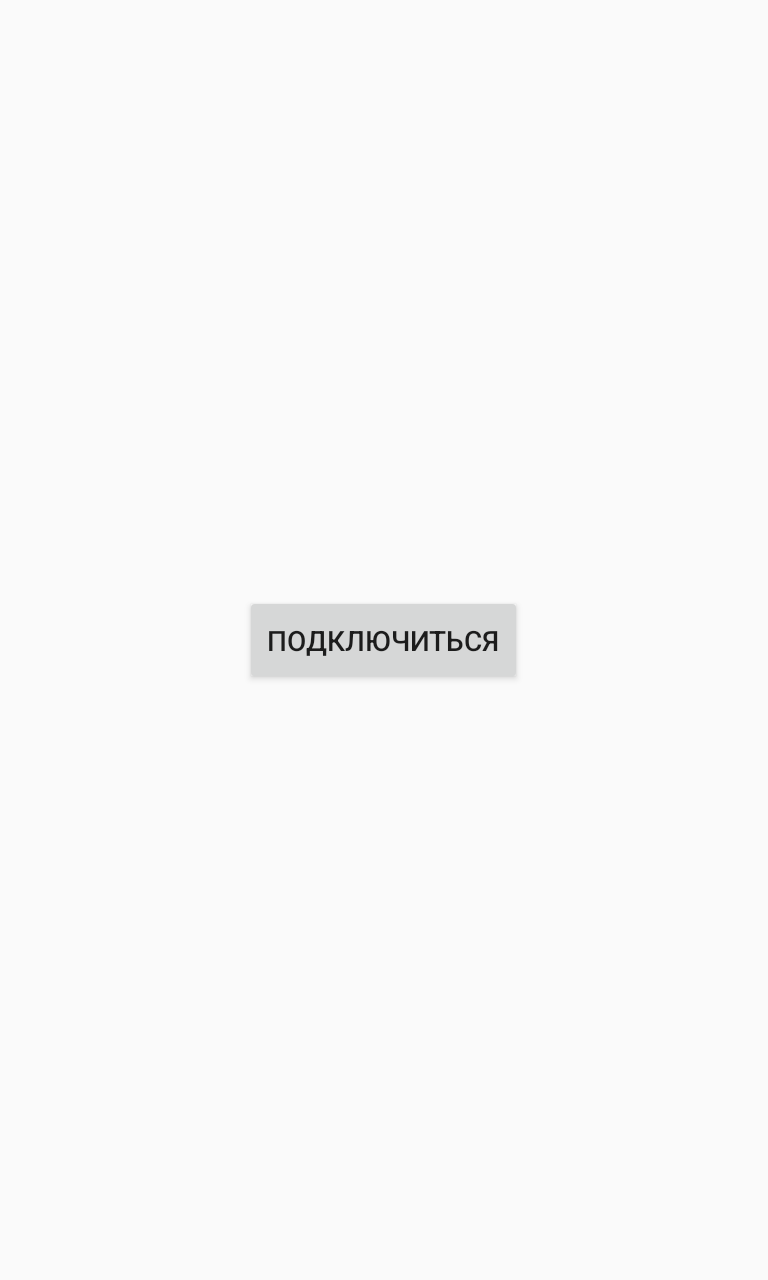
Repository: Laboratory711/Nightjar
Layout: android/Nightjar/workspace/Nightjar/res/layout/fragment_lab1.xml
These files come from the project's save history. The layout is drawn as it stood at one moment and after the next save; the edit follows.
It is drawn on a 768 x 1280 px phone screen (xhdpi) without system bars, with theme AppTheme; the app's code is not run.

Above is the layout before, as saved 2014-03-26 23:37:22.

### android/Nightjar/workspace/Nightjar/res/layout/fragment_lab1.xml
<RelativeLayout xmlns:android="http://schemas.android.com/apk/res/android"
    xmlns:tools="http://schemas.android.com/tools"
    android:layout_width="match_parent"
    android:layout_height="match_parent"
    android:paddingBottom="@dimen/activity_vertical_margin"
    android:paddingLeft="@dimen/activity_horizontal_margin"
    android:paddingRight="@dimen/activity_horizontal_margin"
    android:paddingTop="@dimen/activity_vertical_margin"
    tools:context="ru.vint.labsoo.Lab1$PlaceholderFragment" >

    <Button
        android:id="@+id/button1"
        android:layout_width="wrap_content"
        android:layout_height="wrap_content"
        android:layout_centerHorizontal="true"
        android:layout_centerInParent="true"
        android:layout_centerVertical="true"
        android:layout_marginTop="20dp"
        android:onClick="onClickButtom1"
        android:text="@string/text_buttom_Name" />

    <TextView
        android:id="@+id/textView2"
        android:layout_width="wrap_content"
        android:layout_height="wrap_content"
        android:layout_below="@+id/button1"
        android:layout_centerHorizontal="true"
        android:text="@string/TV_text" />

</RelativeLayout>

### android/Nightjar/workspace/Nightjar/res/values/strings.xml
<?xml version="1.0" encoding="utf-8"?>
<resources xmlns:android="http://schemas.android.com/apk/res/android">

    <string name="app_name">LabSOO</string>
    <string name="hello_world">Hello world!</string>
    <string name="action_settings">Настройки</string>
    <string android:layout_width="wrap_content" android:id="@+id/string1" android:layout_height="wrap_content" name="text_IP">IP Адрес сервера</string>
    <string android:id="@+id/string2" android:layout_height="wrap_content" android:layout_width="wrap_content" name="text_Port">Адрес порта</string>
    <string android:id="@+id/string3" android:layout_height="wrap_content" android:layout_width="wrap_content" name="text_buttom_Name">Подключиться</string>
    <string android:id="@+id/string4" android:layout_height="wrap_content" android:layout_width="wrap_content" name="TV_text"></string>
    <string android:id="@+id/string5" android:layout_height="wrap_content" android:layout_width="wrap_content" name="text_pref_app">Приложение написано группой студентов.</string>
	<string name="pref_IP">IP_adres</string>
	<string name="pref_App">App</string>
	<string name="pref_Port">Prot</string>
</resources>

Loaded but not shown: android/Nightjar/workspace/Nightjar/res/values/styles.xml (common file); android/Nightjar/workspace/Nightjar/res/values-v11/styles.xml (common file); android/Nightjar/workspace/Nightjar/res/values-v14/styles.xml (common file); android/Nightjar/workspace/Nightjar/res/values/dimens.xml (common file); android/Nightjar/workspace/Nightjar/res/values-w820dp/dimens.xml (common file)

After the next save:
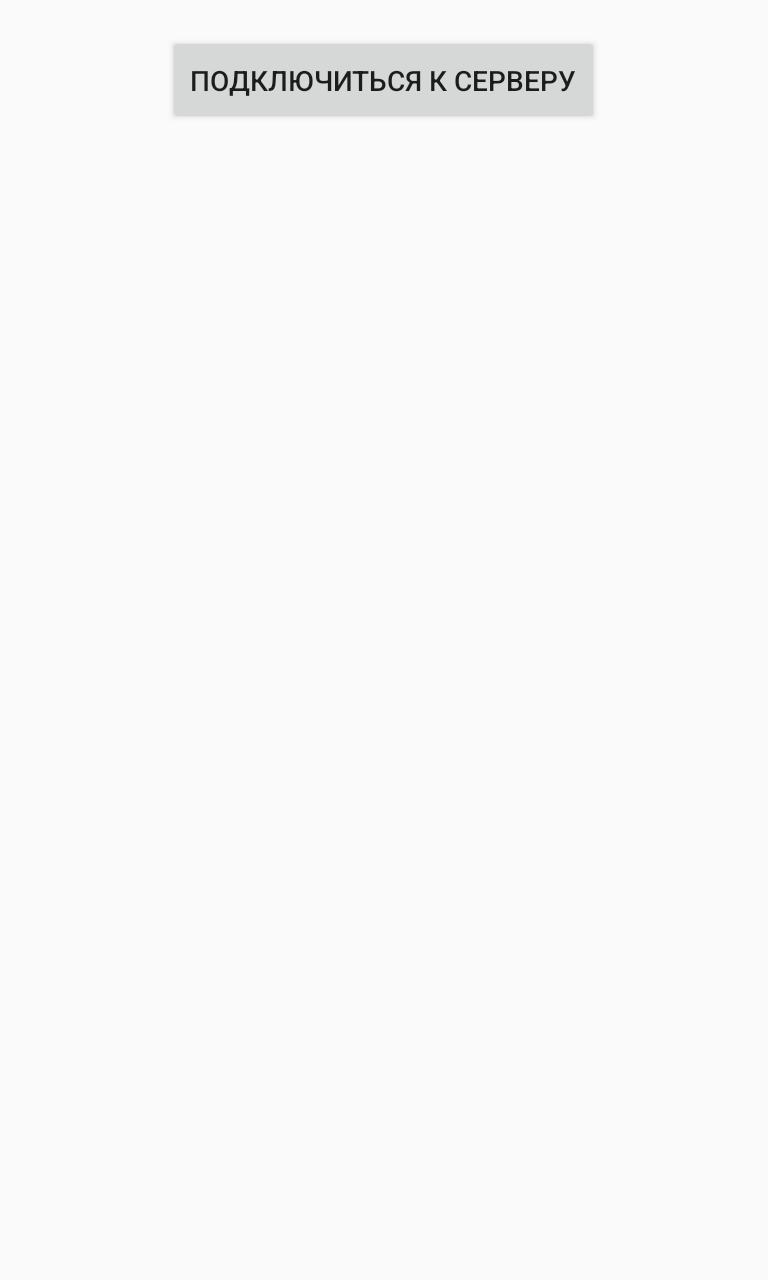
Saved 8 min 10 s later.
--- a/android/Nightjar/workspace/Nightjar/res/layout/fragment_lab1.xml
+++ b/android/Nightjar/workspace/Nightjar/res/layout/fragment_lab1.xml
@@ -8,17 +8,6 @@
     android:paddingTop="@dimen/activity_vertical_margin"
     tools:context="ru.vint.labsoo.Lab1$PlaceholderFragment" >
 
-    <Button
-        android:id="@+id/button1"
-        android:layout_width="wrap_content"
-        android:layout_height="wrap_content"
-        android:layout_centerHorizontal="true"
-        android:layout_centerInParent="true"
-        android:layout_centerVertical="true"
-        android:layout_marginTop="20dp"
-        android:onClick="onClickButtom1"
-        android:text="@string/text_buttom_Name" />
-
     <TextView
         android:id="@+id/textView2"
         android:layout_width="wrap_content"
@@ -27,4 +16,13 @@
         android:layout_centerHorizontal="true"
         android:text="@string/TV_text" />
 
+    <Button
+        android:id="@+id/button1"
+        android:layout_width="wrap_content"
+        android:layout_height="wrap_content"
+        android:layout_alignParentTop="true"
+        android:layout_centerHorizontal="true"
+        android:onClick="onClickButtom1"
+        android:text="@string/text_buttom_Name" />
+
 </RelativeLayout>
--- a/android/Nightjar/workspace/Nightjar/res/values/strings.xml
+++ b/android/Nightjar/workspace/Nightjar/res/values/strings.xml
@@ -6,7 +6,7 @@
     <string name="action_settings">Настройки</string>
     <string android:layout_width="wrap_content" android:id="@+id/string1" android:layout_height="wrap_content" name="text_IP">IP Адрес сервера</string>
     <string android:id="@+id/string2" android:layout_height="wrap_content" android:layout_width="wrap_content" name="text_Port">Адрес порта</string>
-    <string android:id="@+id/string3" android:layout_height="wrap_content" android:layout_width="wrap_content" name="text_buttom_Name">Подключиться</string>
+    <string android:id="@+id/string3" android:layout_height="wrap_content" android:layout_width="wrap_content" name="text_buttom_Name">Подключиться к серверу</string>
     <string android:id="@+id/string4" android:layout_height="wrap_content" android:layout_width="wrap_content" name="TV_text"></string>
     <string android:id="@+id/string5" android:layout_height="wrap_content" android:layout_width="wrap_content" name="text_pref_app">Приложение написано группой студентов.</string>
 	<string name="pref_IP">IP_adres</string>
